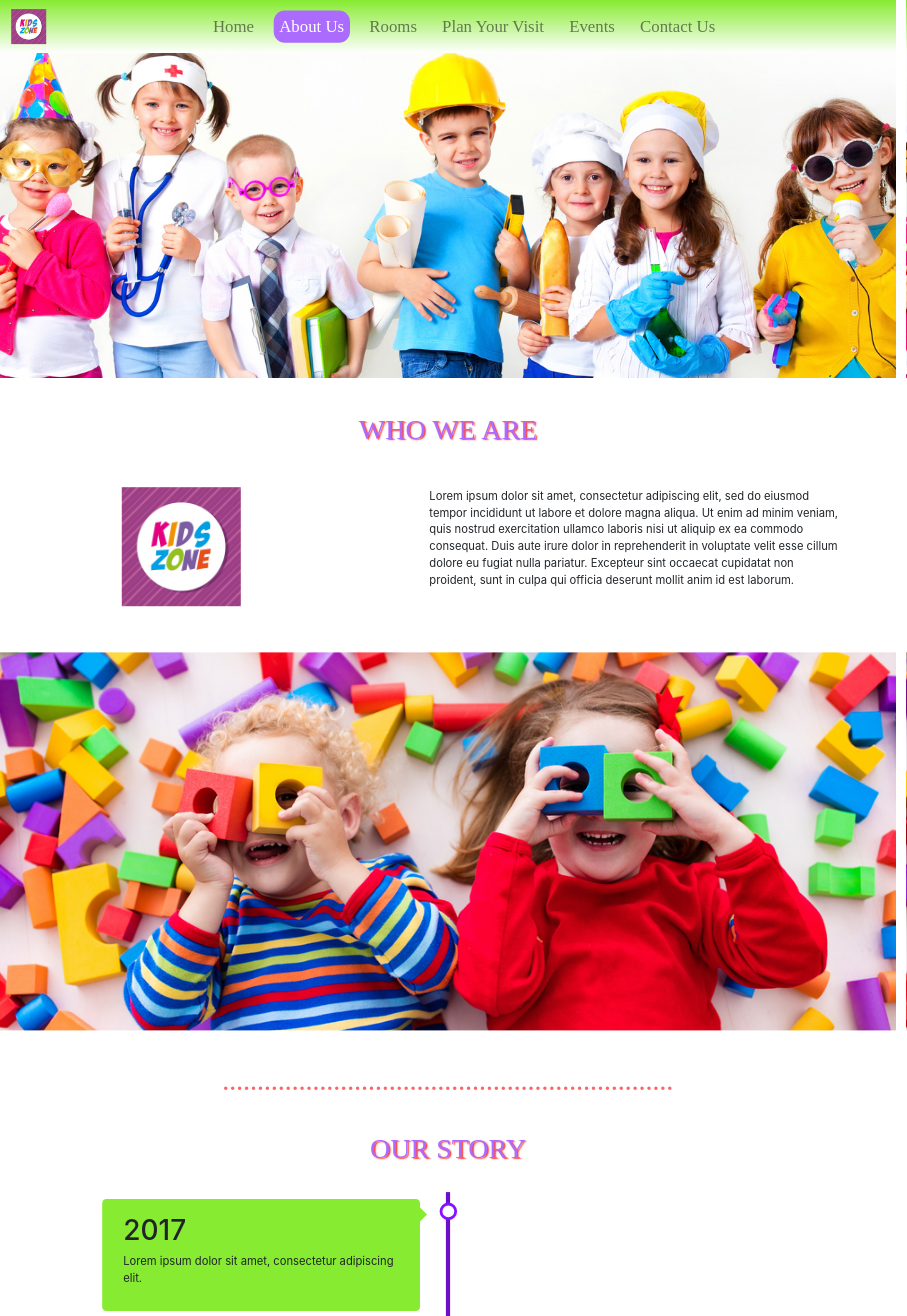
Repository: Code-Institute-Submissions/my-first-frontend-milestone-project
Page: about.html
The author's editor kept a record of every edit. The page is drawn from the files as they stood at one moment, then again after the next edit.
The browser window is 1280 px wide. The page is 1295 px wide, then 1280 px, so the pictures cover 1295 px, including what lies to the right of the window. The pictures show the part of the page from y = 0 to 1880 px (the page is 2760 px tall before and 2428 px after), at 70% of full size.
Some web fonts or font styles are not loaded; a fallback is used.

Above is the page before.

### about.html
<!DOCTYPE html>
<html lang="en">

<head>
    <meta charset="UTF-8">
    <meta name="viewport" content="width=device-width, initial-scale=1.0">
    <meta http-equiv="X-UA-Compatible" content="ie=edge">
    <script src="https://code.jquery.com/jquery-3.3.1.slim.min.js" integrity="sha384-q8i/X+965DzO0rT7abK41JStQIAqVgRVzpbzo5smXKp4YfRvH+8abtTE1Pi6jizo" crossorigin="anonymous"></script>
    <script src="https://cdnjs.cloudflare.com/ajax/libs/popper.js/1.14.7/umd/popper.min.js" integrity="sha384-UO2eT0CpHqdSJQ6hJty5KVphtPhzWj9WO1clHTMGa3JDZwrnQq4sF86dIHNDz0W1" crossorigin="anonymous"></script>
    <link rel="stylesheet" href="https://stackpath.bootstrapcdn.com/bootstrap/4.3.1/css/bootstrap.min.css" integrity="sha384-ggOyR0iXCbMQv3Xipma34MD+dH/1fQ784/j6cY/iJTQUOhcWr7x9JvoRxT2MZw1T" crossorigin="anonymous">
    <script src="https://stackpath.bootstrapcdn.com/bootstrap/4.3.1/js/bootstrap.min.js" integrity="sha384-JjSmVgyd0p3pXB1rRibZUAYoIIy6OrQ6VrjIEaFf/nJGzIxFDsf4x0xIM+B07jRM" crossorigin="anonymous"></script>
    <link rel="stylesheet" href="https://maxcdn.bootstrapcdn.com/font-awesome/4.7.0/css/font-awesome.min.css" type="text/css" />
    <link rel="stylesheet" href="css/style.css">
    <title>KiddosSpot</title>
</head>

<body>
    <header>
        <!-- Used Bootstrap's code for basic nav. -->
        <nav class="navbar fixed-top navbar-light
         navbar-expand-lg  navbar-fixed-top navstyle">
            <a class="navbar-brand" href="index.html">
           <img src="./images/logo.jpg" width="50" height="50" alt="Kids Spot Logo">
          </a>
            <button class="navbar-toggler" type="button" data-toggle="collapse" data-target="#navbarSupportedContent" aria-controls="navbarSupportedContent" aria-expanded="false" aria-label="Toggle navigation">
              <span class="navbar-toggler-icon"></span>
          </button>
            <div class="collapse navbar-collapse" id="navbarSupportedContent">
                <ul class="nav navbar-nav mr-auto" style=" margin: 0 auto;">
                    <li class="nav-item">
                        <a class="nav-link" href="index.html">Home <span class="sr-only">(current)</span></a>
                    </li>
                    <li class="nav-item active2">
                        <a class="nav-link about-menu" href="about.html">About Us</a>
                    </li>
                    <li class="nav-item">
                        <a class="nav-link" href="rooms.html">Rooms</a>
                    </li>
                    <li class="nav-item">
                        <a class="nav-link" href="planyourvisit.html">Plan Your Visit</a>
                    </li>
                    <li class="nav-item">
                        <a class="nav-link" href="events.html">Events</a>
                    </li>
                    <li class="nav-item">
                        <a class="nav-link" href="contact.html">Contact Us</a>
                    </li>
            </div>
        </nav>
    </header>

    <section>
        <!-- Bootstrap grid approach for columns -->
        <div class="container-fluid">
            <div class="row">
                <div class="col-12 banner-about-us"></div>
            </div>
            <div class="row">
                <div class="col-12 subtitle-about uppercase">
                    <h2>Who we are</h2>
                </div>
            </div>
            <div class="row">
                <div class="col-md-5 about-image">
                    <p><img src="./images/logo.jpg" alt="Logo" style="width:170px;height:170px;margin-right:15px;">
                    </p>
                </div>
                <div class="col-md-7 about-text">
                    <p>Lorem ipsum dolor sit amet, consectetur adipiscing elit, sed do eiusmod tempor incididunt ut labore et dolore magna aliqua. Ut enim ad minim veniam, quis nostrud exercitation ullamco laboris nisi ut aliquip ex ea commodo consequat.
                        Duis aute irure dolor in reprehenderit in voluptate velit esse cillum dolore eu fugiat nulla pariatur. Excepteur sint occaecat cupidatat non proident, sunt in culpa qui officia deserunt mollit anim id est laborum.</p>
                </div>
            </div>
            <div class="row">
                <div class="col-12 banner-center"></div>
            </div>
        </div>
            <div class="row">
                <div class="col-md">
                    <div class="dotted-separator">
                    </div>
                    <h2 class="subtitle-about uppercase">Our Story</h2>
                </div>
            </div>
              <!-- Timeline code extracted from W3 Schools -->
            <div class="timeline">
                <div class="container-2 left">
                    <div class="content">
                        <h2>2017</h2>
                        <p>Lorem ipsum dolor sit amet, consectetur adipiscing elit.</p>
                    </div>
                </div>
                <div class="container-2 right">
                    <div class="content">
                        <h2>2016</h2>
                        <p>Lorem ipsum dolor sit amet, consectetur adipiscing elit.</p>
                    </div>
                </div>
            </div>
            <!-- what are people saying? -->
            <div class="row">
                <div class="col-sm-12">
                    <div class="dotted-separator">
                    </div>
                    <h2 class="subtitle-about uppercase">What Parents are Saying</h2>
                </div>
            </div>
            <div class="row">
                <div class="col-md-4">
                    <div class="quote">
                        <blockquote class="customer-review">
                            <q>the customer's opinion based on his/her experience visiting the facility</q>
                        </blockquote>
                        <div class="review-author">
                            <strong>Yanet Z.</strong>
                        </div>
                        <div class="review-author">
                            <p><em style="text-transform:lowercase;">on  </em><cite title="Google">Google</cite></p>
                        </div>
                    </div>
                    <div class="border"></div>
                </div>
                <div class="col-md-4">
                    <div class="quote">
                        <blockquote class="customer-review">
                            <q>the customer's opinion based on his/her experience visiting the facility</q>
                        </blockquote>
                        <div class="review-author">
                            <strong>David B.</strong>
                        </div>
                        <div class="review-author">
                            <p><em style="text-transform:lowercase;">on </em><cite title="Twitter">Twitter</cite></p>
                        </div>
                    </div>
                    <div class="border"></div>
                </div>
                <div class="col-md-4">
                    <div class="quote">
                        <blockquote class="customer-review">
                            <q>the customer's opinion based on his/her experience visiting the facility</q>
                        </blockquote>
                        <div class="review-author">
                            <strong>Michael H.</strong>
                        </div>
                        <div class="review-author">
                            <p><em style="text-transform:lowercase;">on </em><cite title="Facebook">Facebook</cite></p>
                        </div>
                    </div>
                </div>
            </div>
        </div>
        <!-- container fluid -->
    </section>
    <footer class="container-fluid">
        <div id="footer-details" class="row">
            <div class="col-sm-8">
                <nav id="menu-widget-2">
                    <ul>
                        <li>
                            <a href="about.html">About Us</a></li>
                        <li>
                            <a href="rooms.html">Rooms</a></li>
                        <li>
                            <a href="news.html">Latest News</a></li>
                        <li>
                            <a href="contact.html">Contact us</a></li>
                    </ul>
                </nav>
            </div>
            <div id="social-media" class="col-sm-4">
                <a href="#" target="_blank">
                        <img src="./images/facebook.png">
                </a>
                <a href="#" target="_blank">
                        <img src="./images/twitter.png">
                </a>
                <a href="#" target="_blank">
                        <img src="./images/instagram.png">
                </a>
                <a href="#" target="_blank">
                        <img src="./images/youtube.png">
                </a>
            </div>
        </div>
    </footer>
</body>


</html>

Loaded but not shown: css/style.css (817 lines, source omitted)

After the next edit:
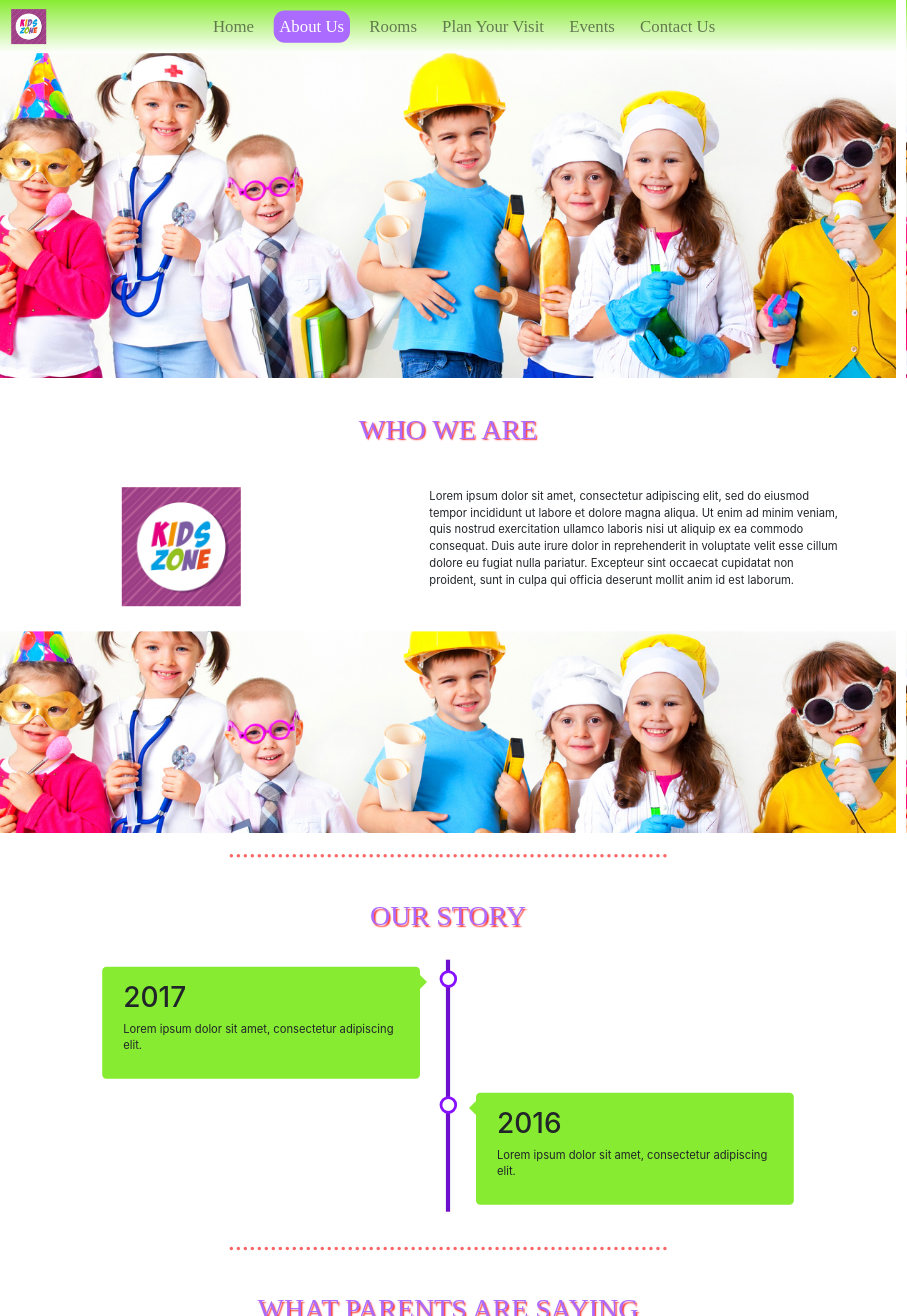
The edit:
--- a/about.html
+++ b/about.html
@@ -71,9 +71,8 @@
                 </div>
             </div>
             <div class="row">
-                <div class="col-12 banner-center"></div>
+                <div class="col-12 about-us-banner-center"></div>
             </div>
-        </div>
             <div class="row">
                 <div class="col-md">
                     <div class="dotted-separator">
